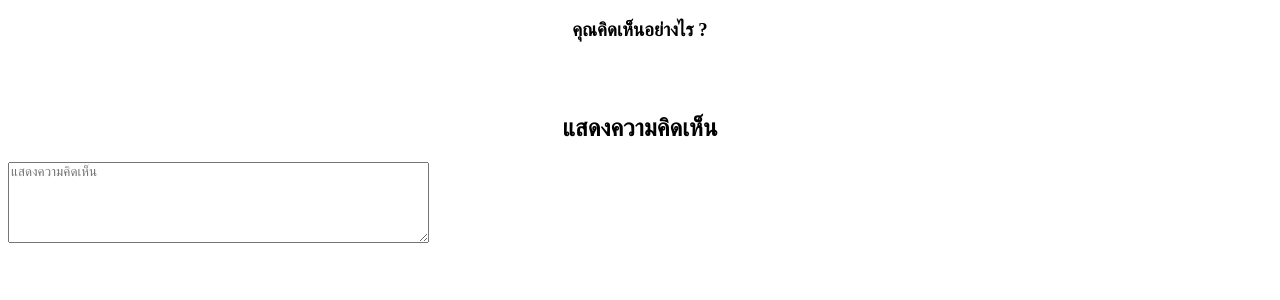
Repository: Wanaratkhamla/LabJavaWeb
Page: http://localhost/TestLabinMidterm/
An editor plug-in stored every save of this project. The page is shown before and after a run of saves, followed by the edit.
The browser window is 1280 px wide. The pictures show the whole page.
The page is served by Tomcat 9. Queries for data that is not in the repository find no rows.

Above is the page before, as saved 2017-02-28 11:57:53.

After the next 2 saves:
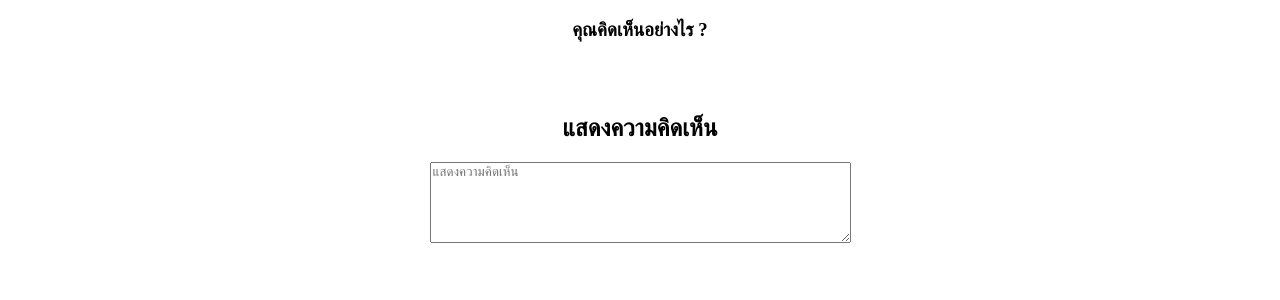
The 2 saves are shown as one change because they came seconds apart.
The last was saved 13 s later.
--- a/TestLabinMidterm/WebContent/index.jsp
+++ b/TestLabinMidterm/WebContent/index.jsp
@@ -66,12 +66,15 @@
 	%>
 
 	<br>
-	<form action="ForumController" >
 
-	<div align="center"></div>
-	<h2 align="center">แสดงความคิดเห็น</h2>
-	<input type="hidden" name="action" value="insertForum">
-	<textarea rows="5" cols="50" placeholder="แสดงความคิดเห็น"></textarea>
-	</form>
+
+	<div align="center">
+		<form action="ForumController">
+			<h2 align="center">แสดงความคิดเห็น</h2>
+			<input type="hidden" name="action" value="insertForum">
+			<textarea rows="5" cols="50" placeholder="แสดงความคิดเห็น"></textarea>
+		</form>
+	</div>
+
 </body>
 </html>
